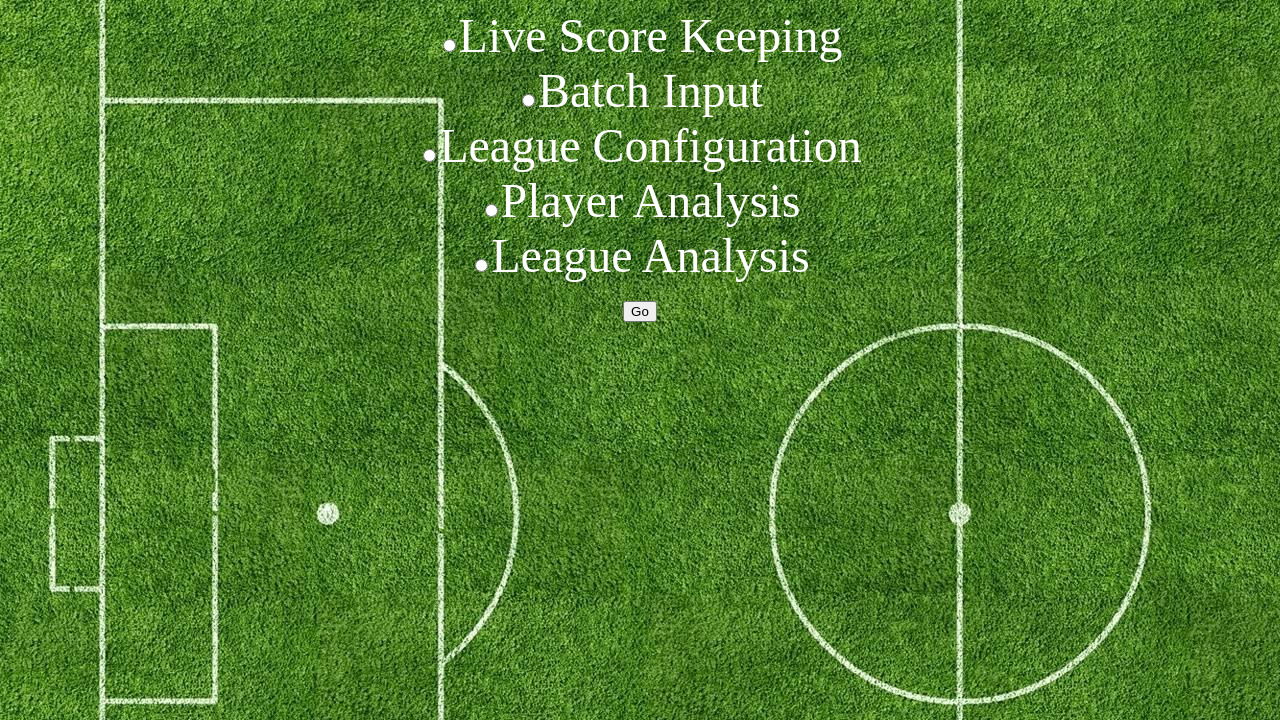
Repository: FredGlozman/SwiftScore
Page: http://localhost/Website.php
These files come from the project's save history. The page is drawn as it stood at one moment and after the next save; the edit follows.
The browser window is 1280 px wide. The pictures show the whole page.
The page is run by PHP 8.4 with error messages shown; the project is at /var/www/html/.

Above is the page before, as saved 2015-12-03 18:40:25.

After the next save:
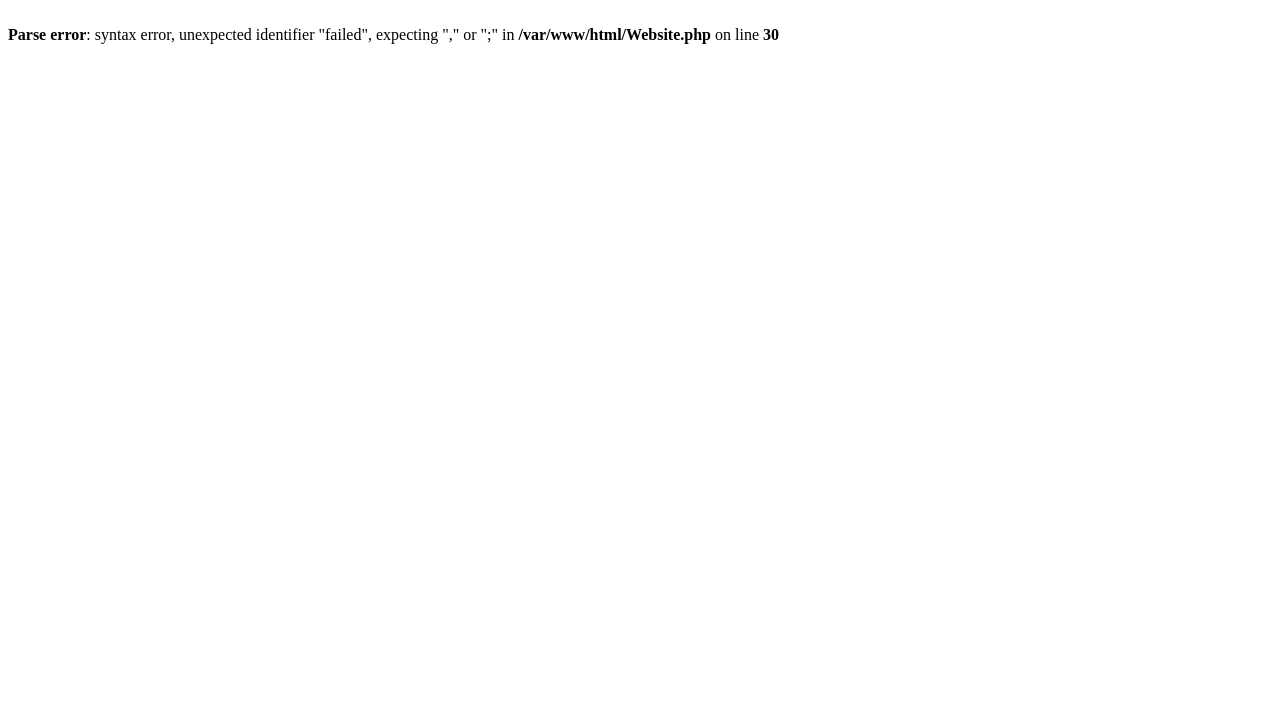
Saved 42 s later.
--- a/SwiftScore/Website.php
+++ b/SwiftScore/Website.php
@@ -15,4 +15,50 @@
 		</center>
 	</form>
 </body>
+	<?php
+	$UseCase = $_GET["UseCase"];
+	if($UseCase == 1 || $UseCase == 2 ||$UseCase == 3)
+	{
+		header('Location: Authentication.html');
+				$array = array(
+			"user" => "password",
+			);
+		$username = $_GET["user"];
+		$password = $_GET["password"];
+		if($array[0] != $username)
+		{
+			echo Authentication failed;
+		}
+		else if($array[1] != $password)
+		{
+			echo Authentication failed;
+		}
+		else
+		{
+			if($UseCase == 1 )
+			{
+				header('Location: LiveScoreKeeping.html');
+			}
+			if($UseCase == 2 )
+			{
+				header('Location: Batch.html');
+			}
+			if($UseCase == 3 )
+			{
+				header('Location: LeagueConfiguration.html');
+			}
+
+		}
+	}
+	if($UseCase == 4)
+	{
+		header('Location: PlayerAnalysis.html');
+	}
+	if($UseCase == 5)
+	{
+		header('Location: LeagueAnalysis.html');
+	}
+
+	?>
+
 </html>
